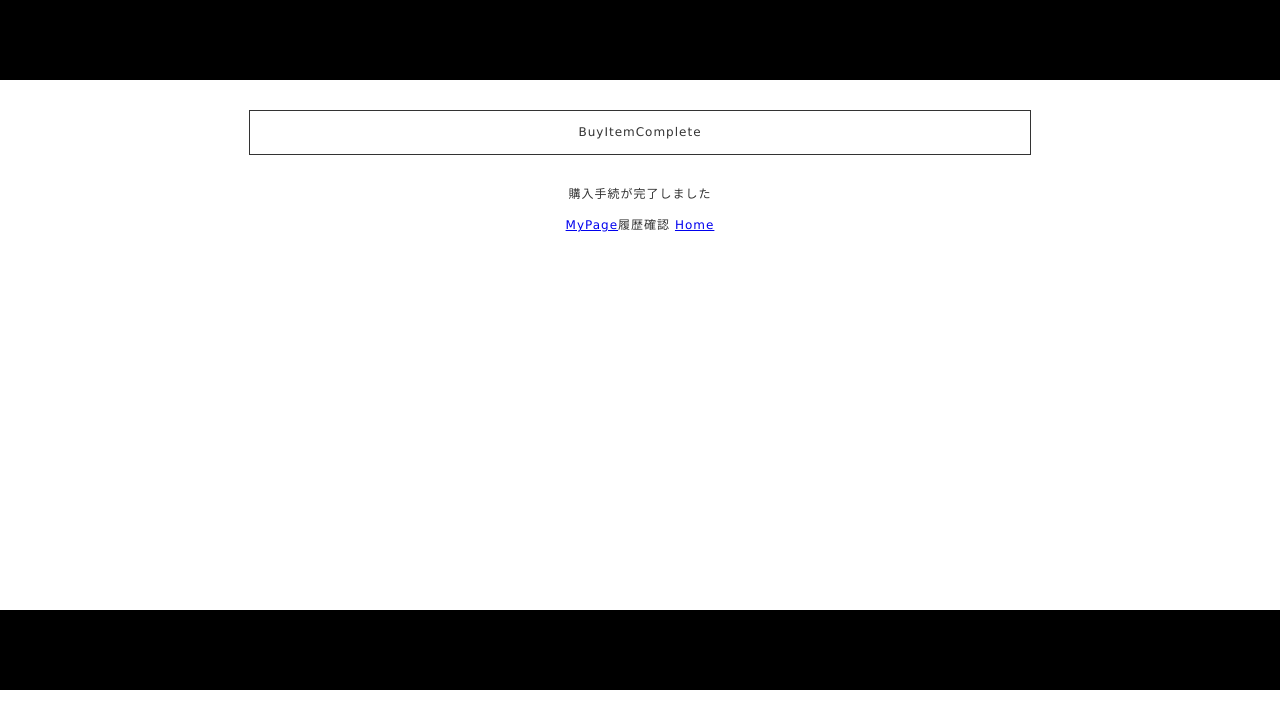
Repository: user-yo-yo/test
Page: http://localhost/ecsite2/buyItemComplete.jsp
An editor plug-in stored every save of this project. The page is shown before and after the next save, followed by the edit.
The browser window is 1280 px wide. The pictures show the whole page.
The page is served by Tomcat 9. Other server files are loaded and not shown.

Above is the page before, as saved 2019-03-26 01:35:10.

### ecsite2/WebContent/buyItemComplete.jsp
<%@ page language="java" contentType="text/html; charset=UTF-8"
	pageEncoding="UTF-8"%>
<%@ taglib prefix="s" uri="/struts-tags"%>
<!DOCTYPE html>
<html>
<head>
<meta http-equiv="Content-Type" content="text/html; charset=UTF-8" />
<meta http-equiv="Content-Style-Type" content="text/css" />
<meta http-equiv="Content-Script-Type" content="text/javascript" />
<meta http-equiv="imagetoolbar" content="no" />
<meta name="description" content="" />
<meta name="keywords" content="" />
<title>BuyItemComplete画面</title>

<style type="text/css">
/* ========TAG LAYOUT======== */
body {
	margin: 0;
	padding: 0;
	line-height: 1.6;
	letter-spacing: 1px;
	font-family: Verdana, Helvetica, sans-serif;
	font-size: 12px;
	color: #333;
	background: #fff;
}

table {
	text-align: center;
	margin: 0 auto;
}

/* ========ID LAYOUT======== */
#top {
	width: 780px;
	margin: 30px auto;
	border: 1px solid #333;
}

#header {
	width: 100%;
	height: 80px;
	background-color: black;
}

#main {
	width: 100%;
	height: 500px;
	text-align: center;
}

#footer {
	width: 100%;
	height: 80px;
	background-color: black;
	clear: both;
}

#text-center {
	display: inline-block;
	text-align: center;
}
</style>
</head>
<body>
	<div id="header">
		<div id="pr">
		</div>
	</div>

	<div id="main">
		<div id="top">
			<p>BuyItemComplete</p>
		</div>
		<div>
			<p>購入手続が完了しました</p>
			<div>
				<a href='<s:url action="MyPageAction" />'>MyPage</a><span>履歴確認</span>
				<a href='<s:url action="GoHomeAction" />'>Home</a>
			</div>
		</div>
	</div>
	<div id="footer">
		<div id="pr">
		</div>
	</div>
</body>
</html>

After the next save:
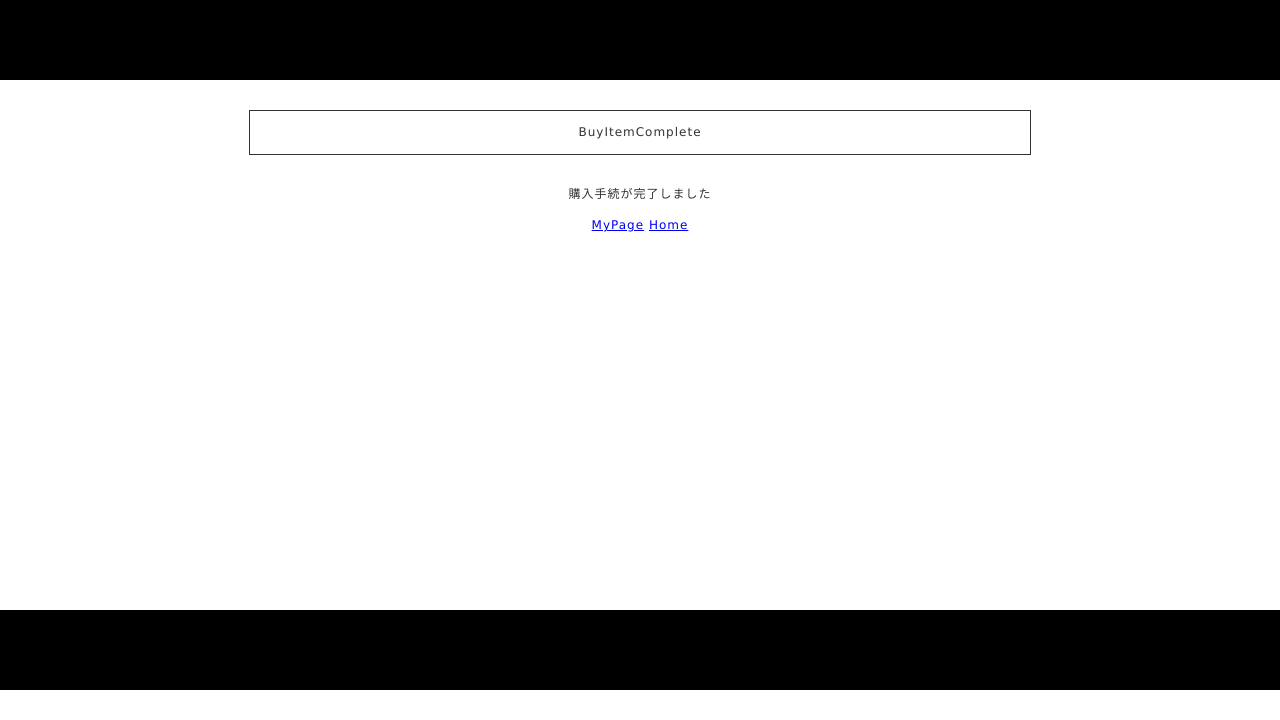
Saved 30 s later.
--- a/ecsite2/WebContent/buyItemComplete.jsp
+++ b/ecsite2/WebContent/buyItemComplete.jsp
@@ -75,7 +75,7 @@
 		<div>
 			<p>購入手続が完了しました</p>
 			<div>
-				<a href='<s:url action="MyPageAction" />'>MyPage</a><span>履歴確認</span>
+				<a href='<s:url action="MyPageAction" />'>MyPage</a>
 				<a href='<s:url action="GoHomeAction" />'>Home</a>
 			</div>
 		</div>
